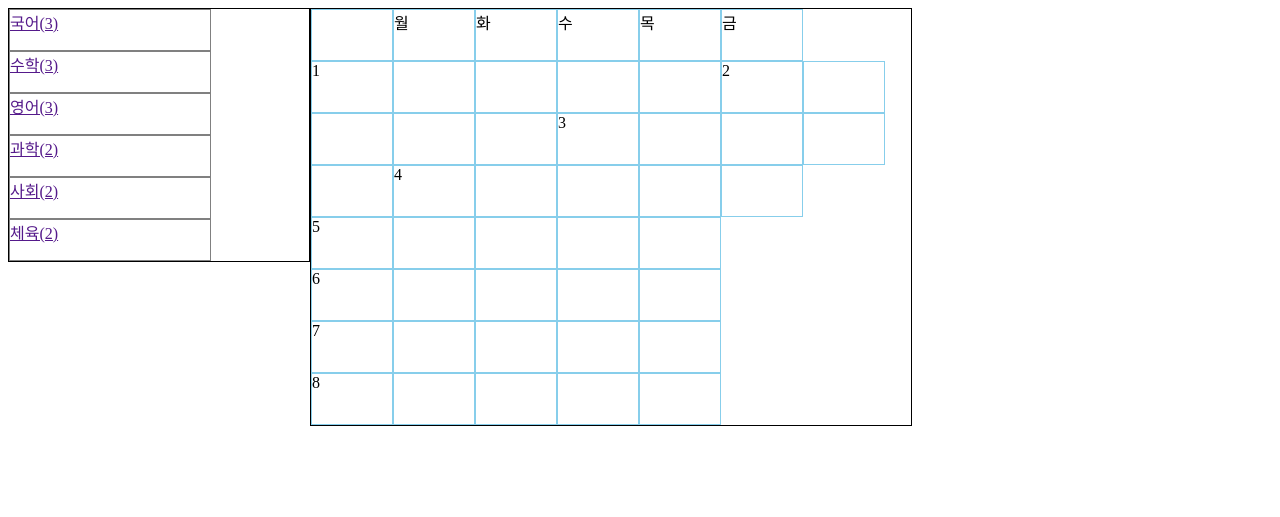
Repository: sh91c/jsp
Page: http://localhost/200701_SCORES/dragndrop/dragndrap_time.jsp
The author's editor kept a copy of each file at every save. The page is drawn from the files as they stood at one save, then again after the next save.
The browser window is 1280 px wide. The pictures show the whole page.
Some web libraries are served in a nearby version. The page is served by Tomcat 9. Other server files are loaded and not shown.

Above is the page before, as saved 2020-07-10 06:29:48.

### 200701_SCORES/WebContent/dragndrop/dragndrap_time.jsp
<%@ page language="java" contentType="text/html; charset=UTF-8"
    pageEncoding="UTF-8"%>
<!DOCTYPE html>
<html>
<head>
<meta charset="UTF-8">
<title>Insert title here</title>
<style>
	#wrap{ clear: both; }
	.subrow{ float: left; width: 300px; heigth: 500px; border: 1px solid black; }
	.timerow{ float: left; width: 600px; heigth: 500px; border: 1px solid black; }
	.sub{ display: block; width: 200px; height: 40px; border:1px solid gray; }
	.row{ clear: both; }
	.col{ float: left; width: 80px; height: 50px; border: 1px solid skyblue; }
</style>
<script src="https://code.jquery.com/jquery-1.12.4.js"></script>
<script src="https://code.jquery.com/ui/1.12.1/jquery-ui.js"></script>
</head>
<body>
	<div id="wrap">
		<div id="subjects" class="subrow">
			<a href="" class="sub">국어(3)</a>
			<a href="" class="sub">수학(3)</a>
			<a href="" class="sub">영어(3)</a>
			<a href="" class="sub">과학(2)</a>
			<a href="" class="sub">사회(2)</a>
			<a href="" class="sub">체육(2)</a>
		</div>
		<div id="time" class="timerow">
			<div class="row">
				<div class="col"></div>
				<div class="col">월</div>
				<div class="col">화</div>
				<div class="col">수</div>
				<div class="col">목</div>
				<div class="col">금</div>
			</div>
			<div class="row">
				<div class="col">1</div>
				<div class="col"></div>
				<div class="col"></div>
				<div class="col"></div>
				<div class="col"></div>
			</div>
			<div>
				<div class="col">2</div>
				<div class="col"></div>
				<div class="col"></div>
				<div class="col"></div>
				<div class="col"></div>
			</div>
			<div>
				<div class="col">3</div>
				<div class="col"></div>
				<div class="col"></div>
				<div class="col"></div>
				<div class="col"></div>
			</div>
			<div>
				<div class="col">4</div>
				<div class="col"></div>
				<div class="col"></div>
				<div class="col"></div>
				<div class="col"></div>
			</div>
			<div class="row">
				<div class="col">5</div>
				<div class="col"></div>
				<div class="col"></div>
				<div class="col"></div>
				<div class="col"></div>
			</div>
			<div class="row">
				<div class="col">6</div>
				<div class="col"></div>
				<div class="col"></div>
				<div class="col"></div>
				<div class="col"></div>
			</div>
			<div class="row">
				<div class="col">7</div>
				<div class="col"></div>
				<div class="col"></div>
				<div class="col"></div>
				<div class="col"></div>
			</div>
			<div class="row">
				<div class="col">8</div>
				<div class="col"></div>
				<div class="col"></div>
				<div class="col"></div>
				<div class="col"></div>
			</div>
		</div>
	</div>
</body>
</html>

After the next save:
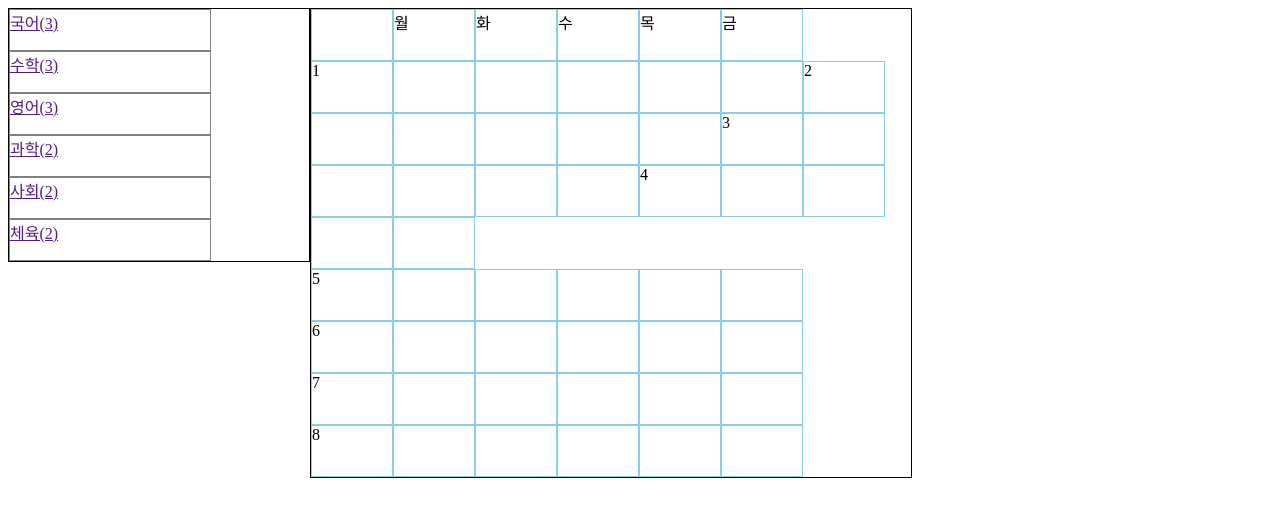
Saved 29 s later.
--- a/200701_SCORES/WebContent/dragndrop/dragndrap_time.jsp
+++ b/200701_SCORES/WebContent/dragndrop/dragndrap_time.jsp
@@ -41,6 +41,7 @@
 				<div class="col"></div>
 				<div class="col"></div>
 				<div class="col"></div>
+				<div class="col"></div>
 			</div>
 			<div>
 				<div class="col">2</div>
@@ -48,9 +49,11 @@
 				<div class="col"></div>
 				<div class="col"></div>
 				<div class="col"></div>
+				<div class="col"></div>
 			</div>
 			<div>
 				<div class="col">3</div>
+				<div class="col"></div>
 				<div class="col"></div>
 				<div class="col"></div>
 				<div class="col"></div>
@@ -69,9 +72,11 @@
 				<div class="col"></div>
 				<div class="col"></div>
 				<div class="col"></div>
+				<div class="col"></div>
 			</div>
 			<div class="row">
 				<div class="col">6</div>
+				<div class="col"></div>
 				<div class="col"></div>
 				<div class="col"></div>
 				<div class="col"></div>
@@ -83,9 +88,11 @@
 				<div class="col"></div>
 				<div class="col"></div>
 				<div class="col"></div>
+				<div class="col"></div>
 			</div>
 			<div class="row">
 				<div class="col">8</div>
+				<div class="col"></div>
 				<div class="col"></div>
 				<div class="col"></div>
 				<div class="col"></div>
